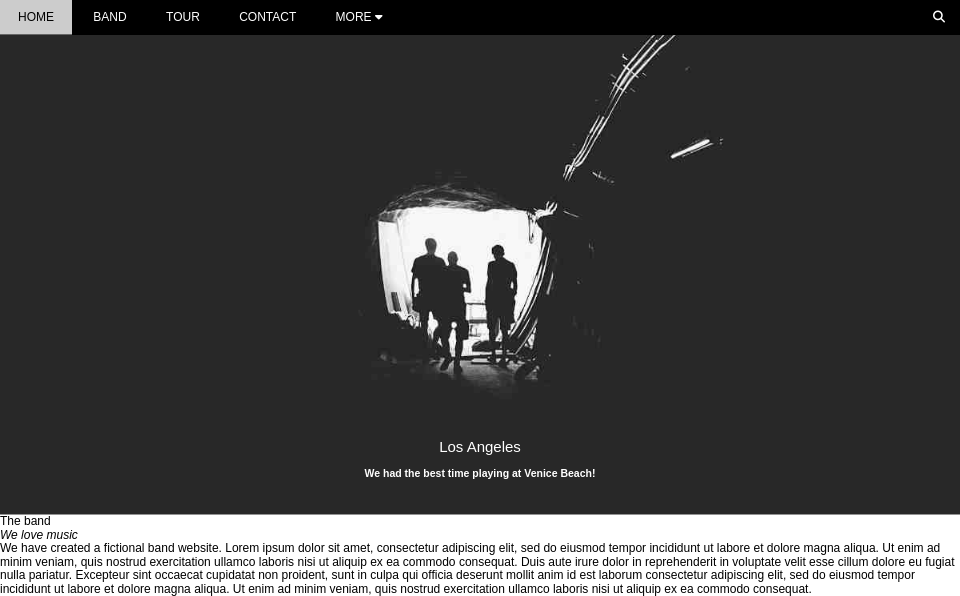
Repository: TranPhucThinh/clone-the-band
Page: index.html
These files come from the project's save history. The page is drawn as it stood at one moment and after the next save; the edit follows.
The browser window is 1280 px wide. The pictures show the whole page, at 75% of full size.
Some web libraries are served in a nearby version.

Above is the page before, as saved 2022-08-04 10:12:31.

After the next save:
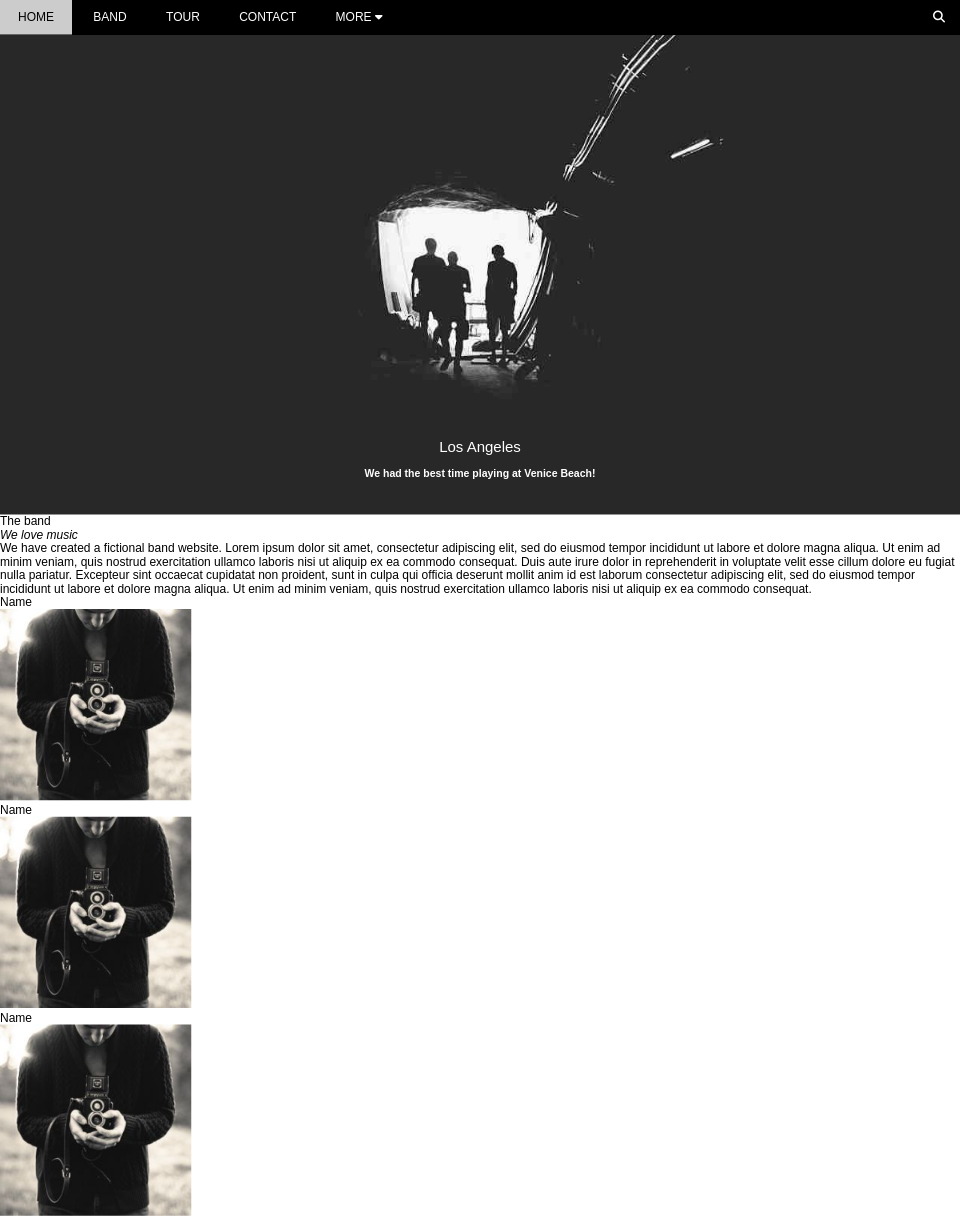
Saved 113 s later.
--- a/index.html
+++ b/index.html
@@ -59,6 +59,21 @@
                 adipiscing elit, sed do eiusmod tempor incididunt ut labore et dolore magna aliqua. Ut enim ad minim
                 veniam, quis nostrud exercitation ullamco laboris nisi ut aliquip ex ea commodo consequat.
             </p>
+
+            <div class="member">
+                <div class="member-1">
+                    <p>Name</p>
+                    <img src="./assets/imgs/bandmember.jpg" alt="">
+                </div>
+                <div class="member-2">
+                    <p>Name</p>
+                    <img src="./assets/imgs/bandmember.jpg" alt="">
+                </div>
+                <div class="member-3">
+                    <p>Name</p>
+                    <img src="./assets/imgs/bandmember.jpg" alt="">
+                </div>
+            </div>
         </div>
 
         <div id="footer">
